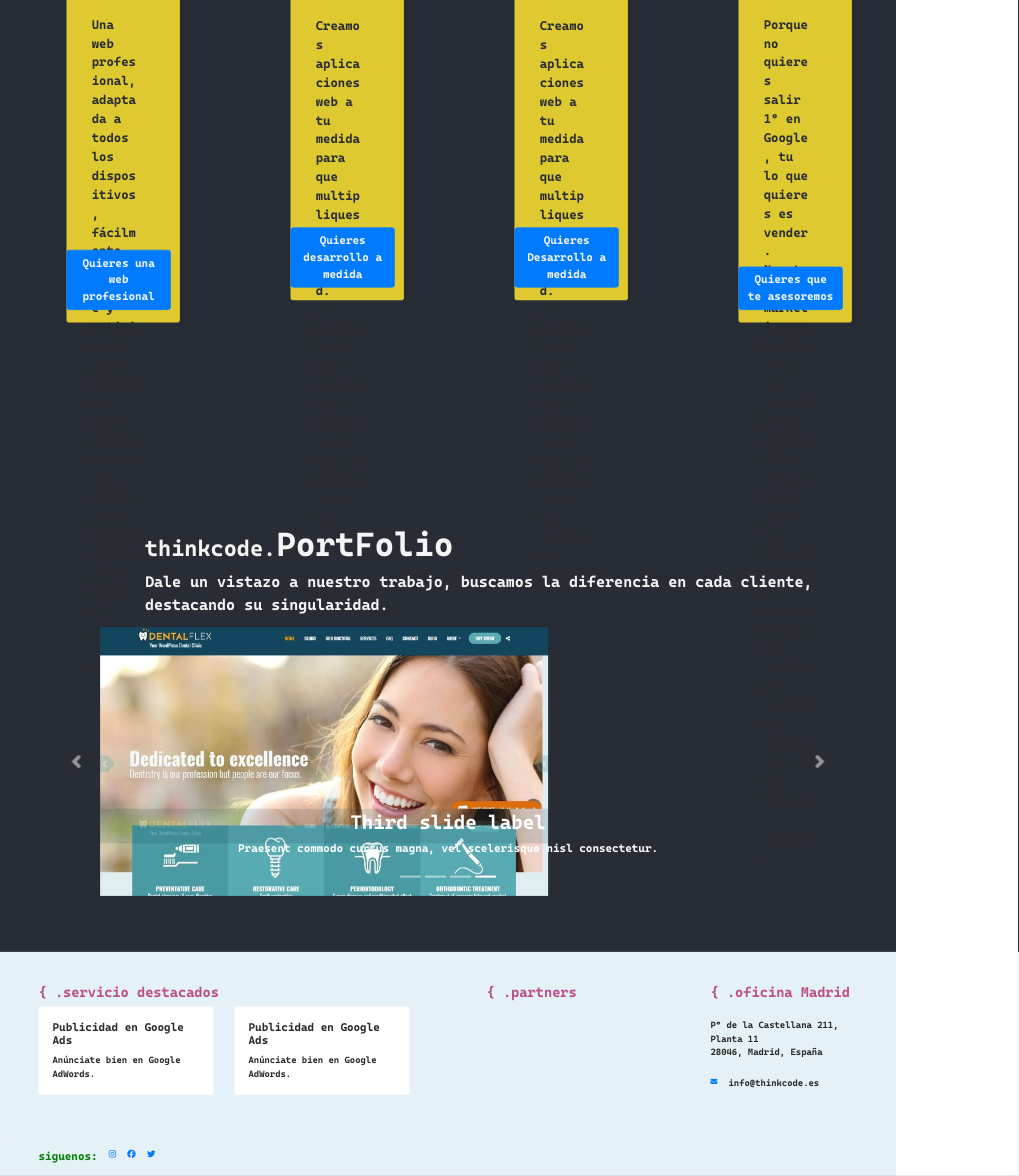
Repository: banchiec/thinkcode
Page: /
These files come from the project's save history. The page is drawn as it stood at one moment and after the next save; the edit follows.
The browser window is 1280 px wide. The page is 1455 px wide, so the pictures cover 1455 px, including what lies to the right of the window. The pictures show the part of the page from y = 1487 to 3167 px (the page is 3167 px tall), at 70% of full size.
Some web libraries are served in a nearby version. The project was rebuilt for these pictures with package versions that can differ from the ones it lists, and the page was loaded fresh each time. A package was used in the major version that the imports need, not the one package.json lists. Also part of the build but not shown: src/components/MenuItems.js, src/components/Dropdownthink.css, src/components/Dropdownthink.js, src/components/pages/Consulting.js, src/components/pages/ContactUs.js, src/components/pages/Marketing.js, src/components/pages/Products.js, src/components/pages/Services.js and 1 more. Imported but missing from the stored project, and not drawn on this page: src/components/sliderInfo/SliderInfo.

Above is the page before, as saved 2020-11-30 13:34:26.

After the next save:
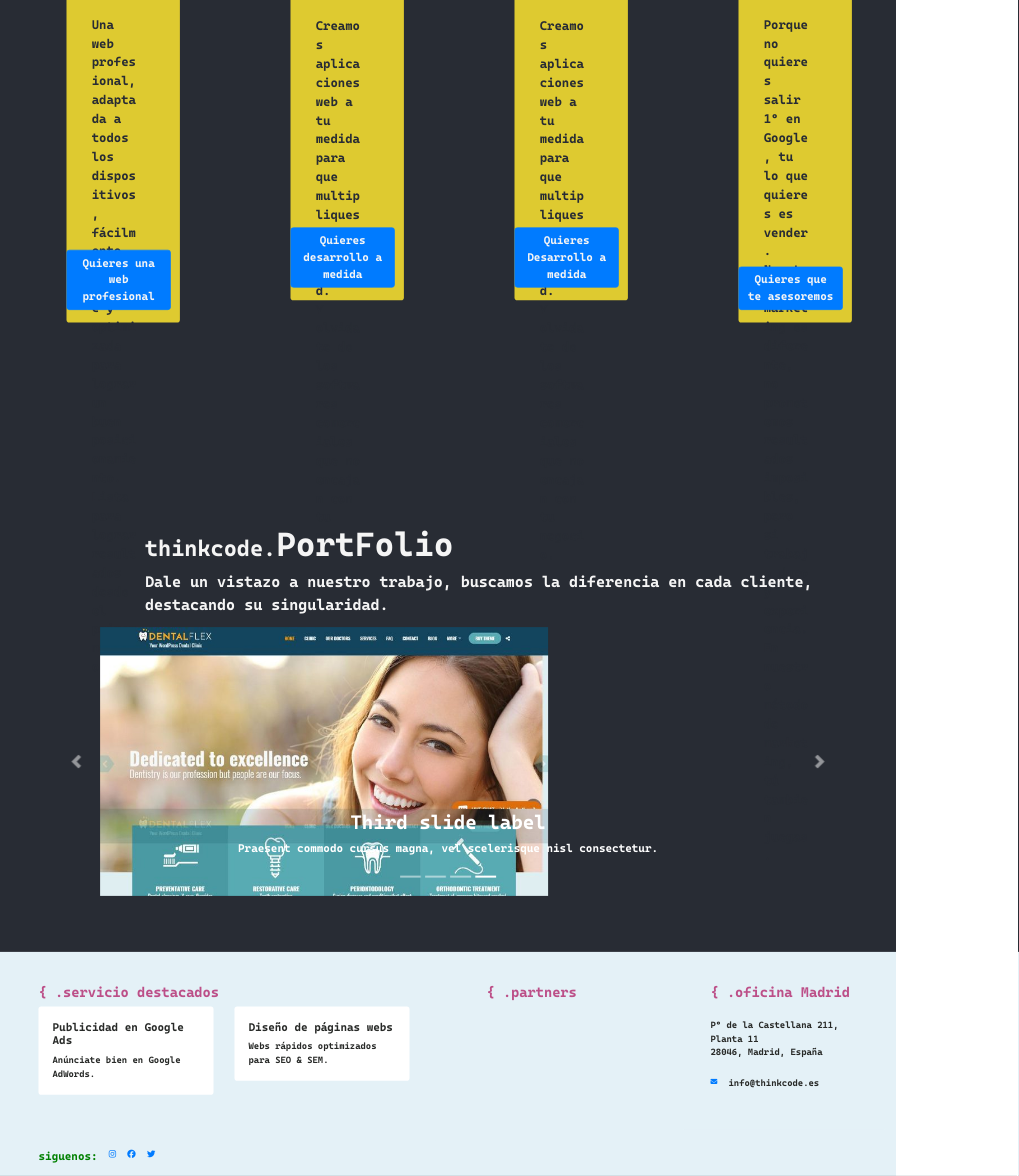
Saved 113 s later.
--- a/src/components/footer/Footer.js
+++ b/src/components/footer/Footer.js
@@ -30,9 +30,9 @@ export default function Footer() {
                                         <Card>
                                             <Card.Body>
                                                 <h5 className="title-footer">
-                                                    Publicidad en Google Ads
+                                                   Diseño de páginas webs
                                                 </h5>
-                                                Anúnciate bien en Google AdWords.
+                                                Webs rápidos optimizados para SEO & SEM.
                                             </Card.Body>
 
                                         </Card>
